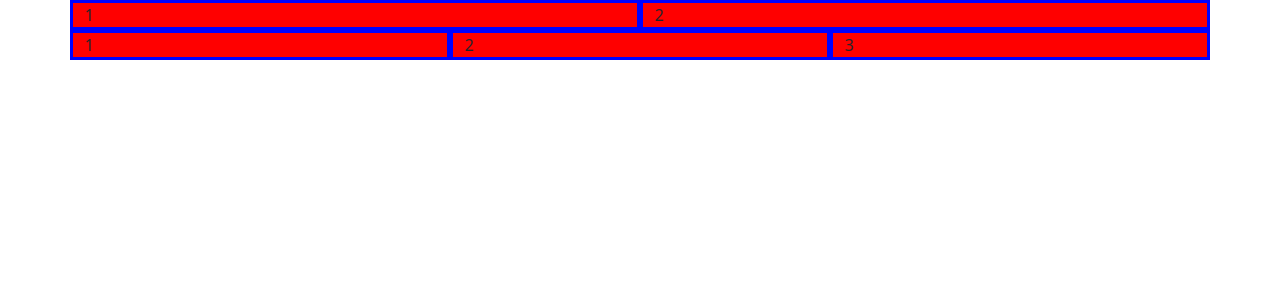
Repository: alexvl06/alexvl06.github.io
Page: index.html
These files come from the project's save history. The page is drawn as it stood at one moment and after the next save; the edit follows.
The browser window is 1280 px wide. The pictures show the whole page.

Above is the page before, as saved 2022-07-11 08:01:20.

After the next save:
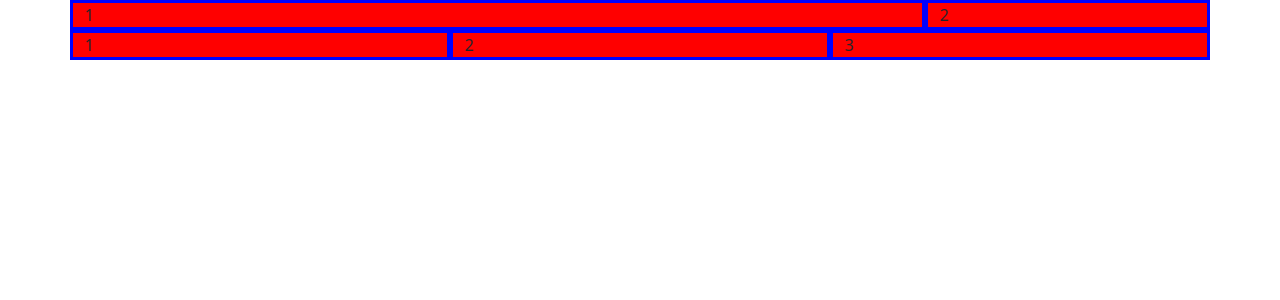
Saved 33 s later.
--- a/index.html
+++ b/index.html
@@ -14,8 +14,8 @@
   <body>
     <div class="container" style="background: red ;">
       <div class="row">
-        <div class="col" style="border:solid blue;">1</div>
-        <div class="col" style="border:solid blue;">2</div>
+        <div class="col-9" style="border:solid blue;">1</div>
+        <div class="col-3" style="border:solid blue;">2</div>
       </div>
       <div class="row">
         <div class="col" style="border:solid blue;">1</div>
